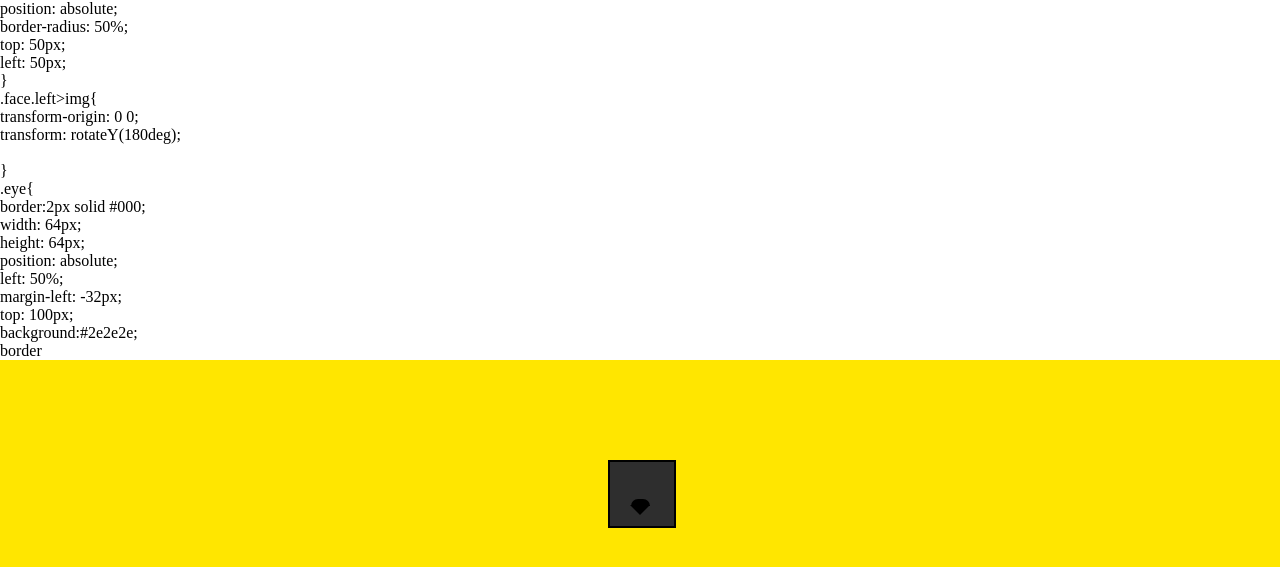
Repository: chenguocan/Pokemon
Page: src/test.html
An editor plug-in stored every save of this project. The page is shown before and after the next save, followed by the edit.
The browser window is 1280 px wide. The pictures show the whole page.
An inner scrolling area shows only its first screen.

Above is the page before, as saved 2020-08-16 18:12:23.

After the next save:
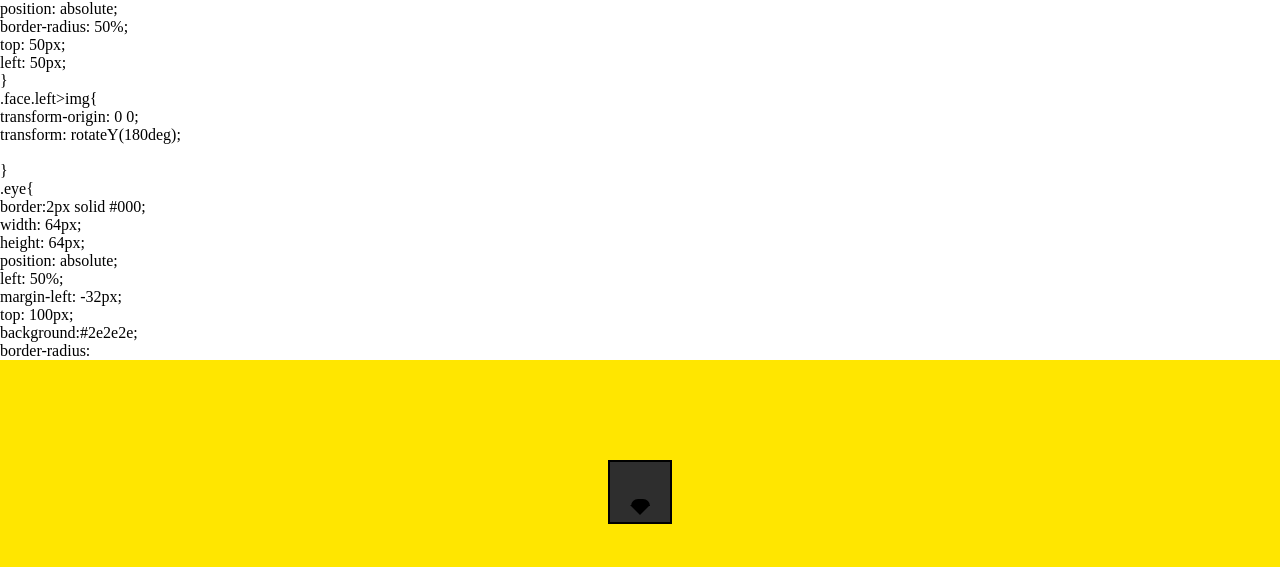
Saved 8 s later.
--- a/src/test.js
+++ b/src/test.js
@@ -1,6 +1,5 @@
 let n = 1;
 const string = `
-<style>
 *{
     box-sizing: border-box;
     margin: 0;
@@ -207,7 +206,6 @@
     border-radius: 50%;
 }
 
-</style>
 `
 const demo2 = document.querySelector("#demo2");
 const demo = document.querySelector("#demo");
